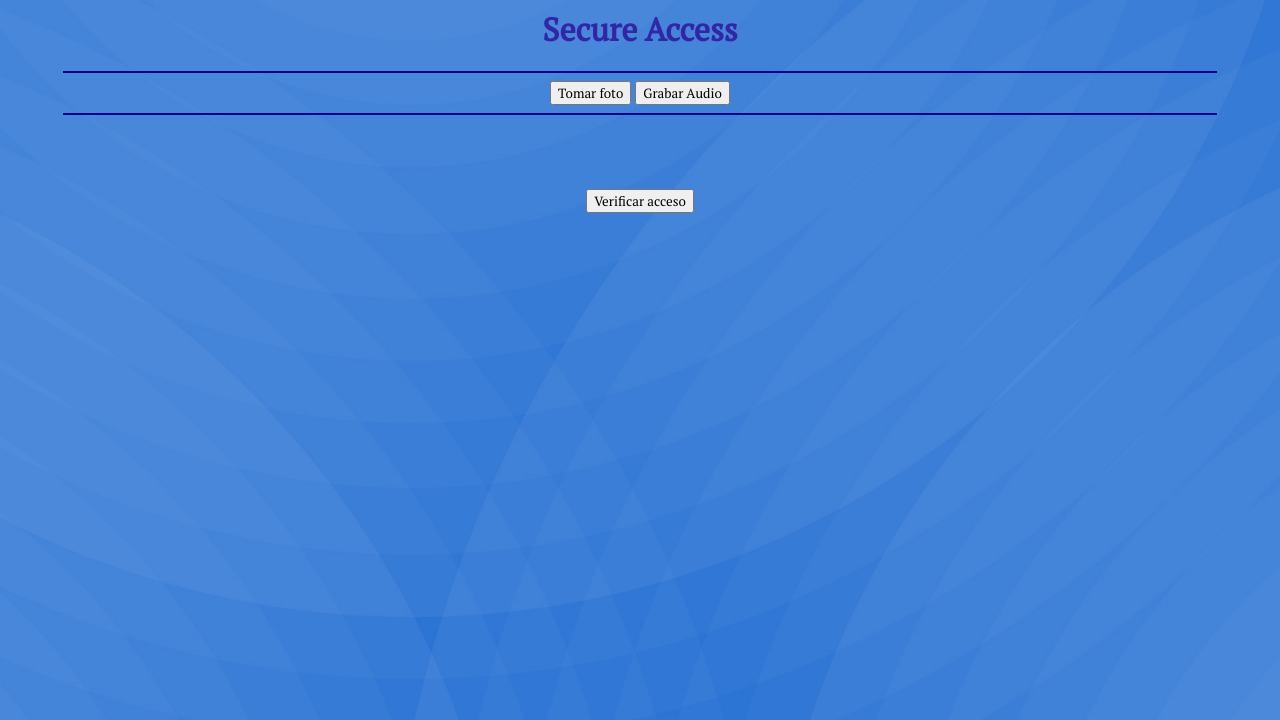
Repository: dabarreiroh/SECURE-ACCESS
Page: accessecure/templates/home/index.html
The author's editor kept a copy of each file at every save. The page is drawn from the files as they stood at one save, then again after the next save.
The browser window is 1280 px wide. The pictures show the whole page.

Above is the page before, as saved 2020-03-16 23:15:52.

After the next save:
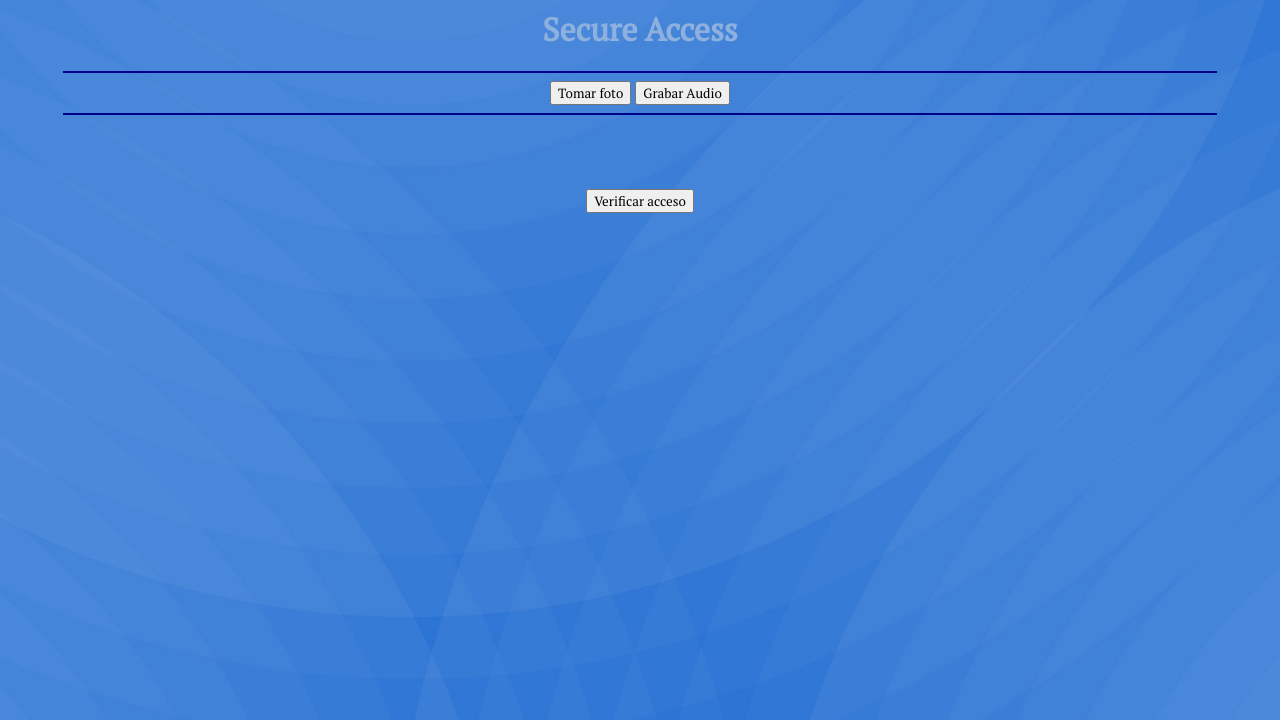
Saved 49 s later.
--- a/accessecure/static/admin/css/index/index.css
+++ b/accessecure/static/admin/css/index/index.css
@@ -10,7 +10,7 @@ body{
 
 h1{
     /* color: #1D3759; */
-    color: #3226A6;
+    color: #8DB0DF;
 }
 
 hr{
